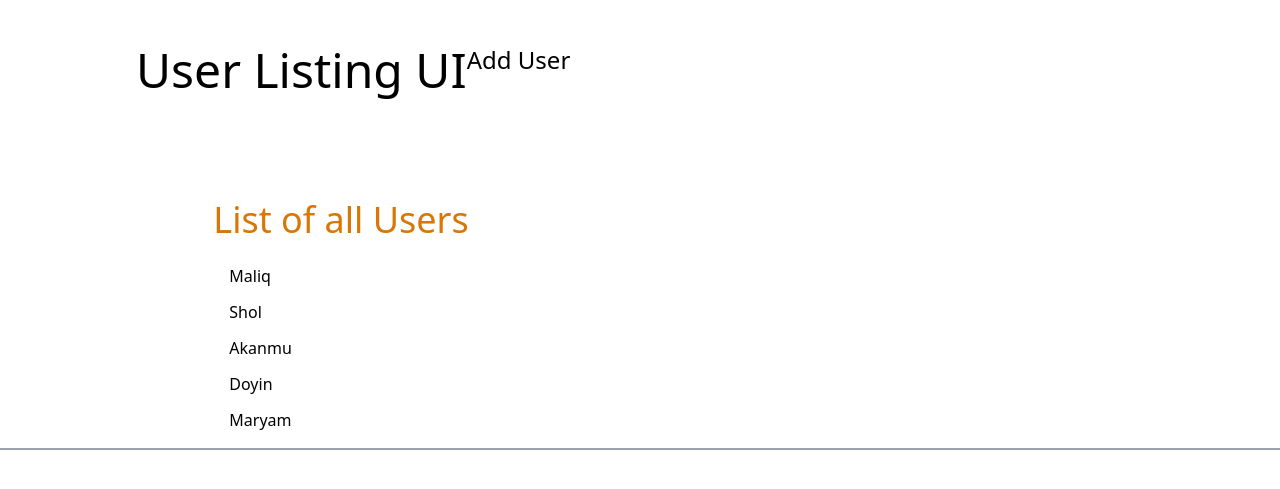
Repository: Marlstergo/listings
Page: /edit (app in client/)
An editor plug-in stored every save of this project. The page is shown before and after the next save, followed by the edit.
The browser window is 1280 px wide. The pictures show the whole page.
The project was rebuilt for these pictures with package versions that can differ from the ones it lists, and the page was loaded fresh each time. Also part of the build but not shown: client/craco.config.js, client/src/components/Loader.js, client/src/components/Order.js, client/src/components/Modal.js. Imported but missing from the stored project, and not drawn on this page: client/src/components/Base, client/src/components/Toppings.

Above is the page before, as saved 2021-07-20 23:53:05.

After the next save:
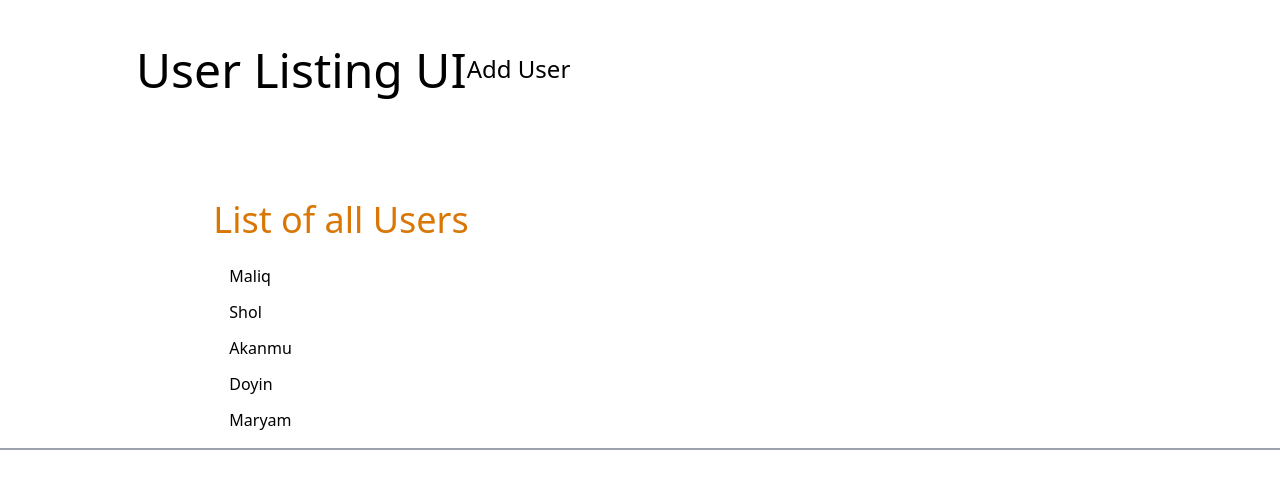
Saved 21 s later.
--- a/client/src/components/Header.js
+++ b/client/src/components/Header.js
@@ -26,7 +26,7 @@ const pathVariants = {
 
 const buttonVariants = {
   show: {
-    y: [0, -40],
+    y: [0, -20],
     x: 0,
     textShadow: "0px 0px 8px rgb(255,255,255)",
     boxShadow: "0px 0px 8px rgb(255,255,255)",
